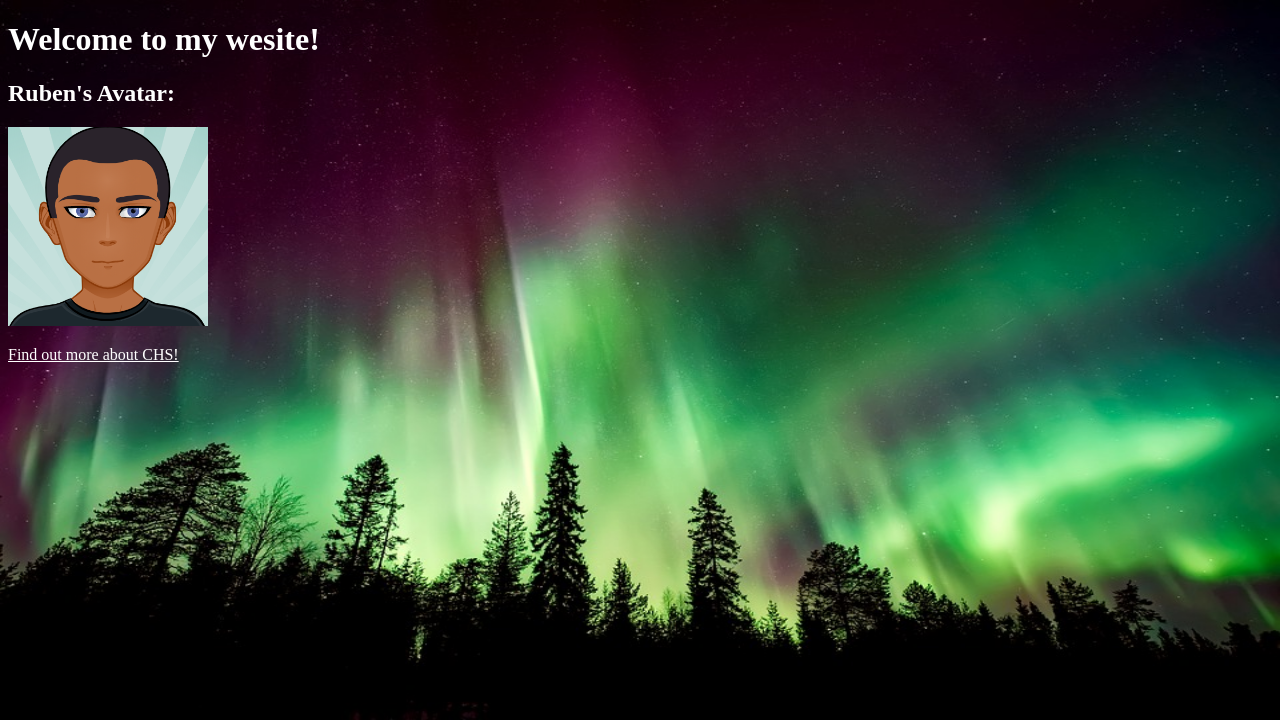
Repository: ruben-sys/ruben-sys.github.io
Page: index.html
The author's editor kept a record of every edit. The page is drawn from the files as they stood at one moment, then again after the next edit.
The browser window is 1280 px wide. The pictures show the whole page.

Above is the page before.

### index.html
<!DOCTYPE html>
<html>
<style>
body {
  background-image: url('northern.jpg');
  background-repeat: no-repeat;
  background-attachment: fixed;
  background-size: 100% 100%;
}
</style>


<h1 style="color:white;">Welcome to my wesite!</h1>

<h2 style="color:white;">Ruben's Avatar:</h2>


<img src="images/me.PNG" alt="me.PNG">
<p></p>
<a href="https://www.sandiegounified.org/schools/clairemont/" target="_blank" <h1 style="color:white;">Find out more about CHS!</</h1>

</body>
</html>

After the next edit:
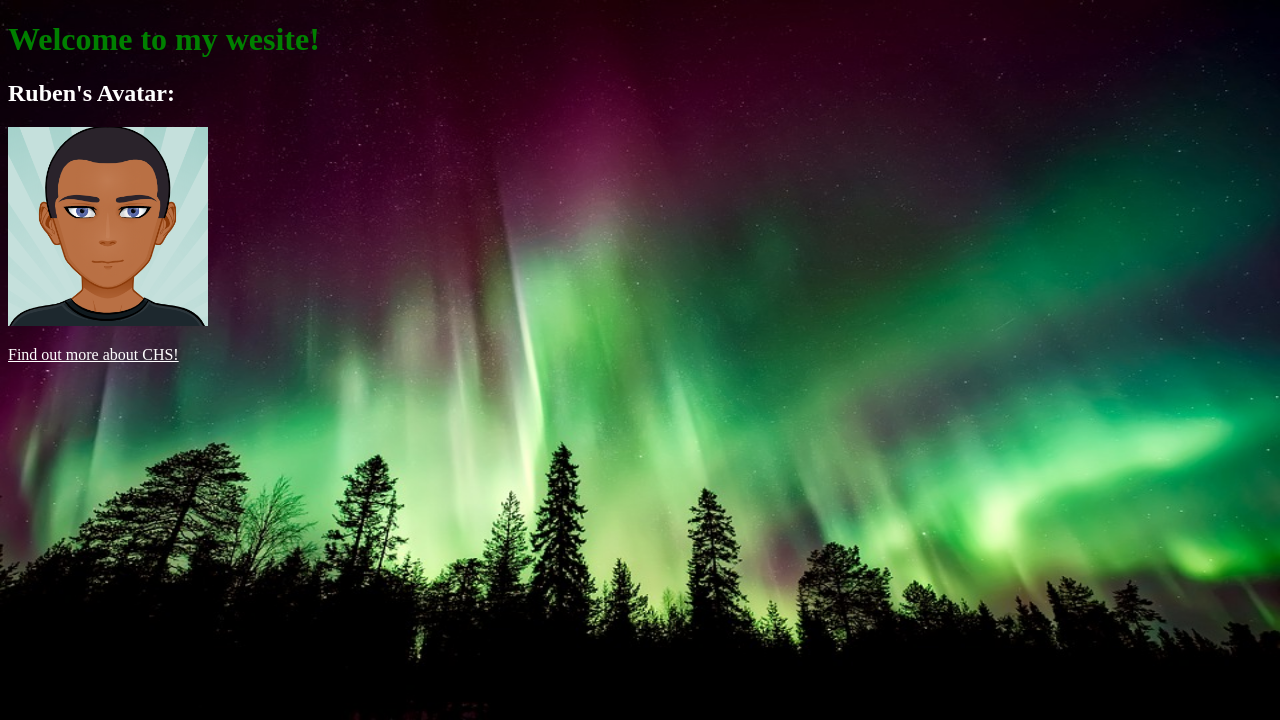
The edit:
--- a/index.html
+++ b/index.html
@@ -10,7 +10,7 @@
 </style>
 
 
-<h1 style="color:white;">Welcome to my wesite!</h1>
+<h1 style="color:green;">Welcome to my wesite!</h1>
 
 <h2 style="color:white;">Ruben's Avatar:</h2>
 
